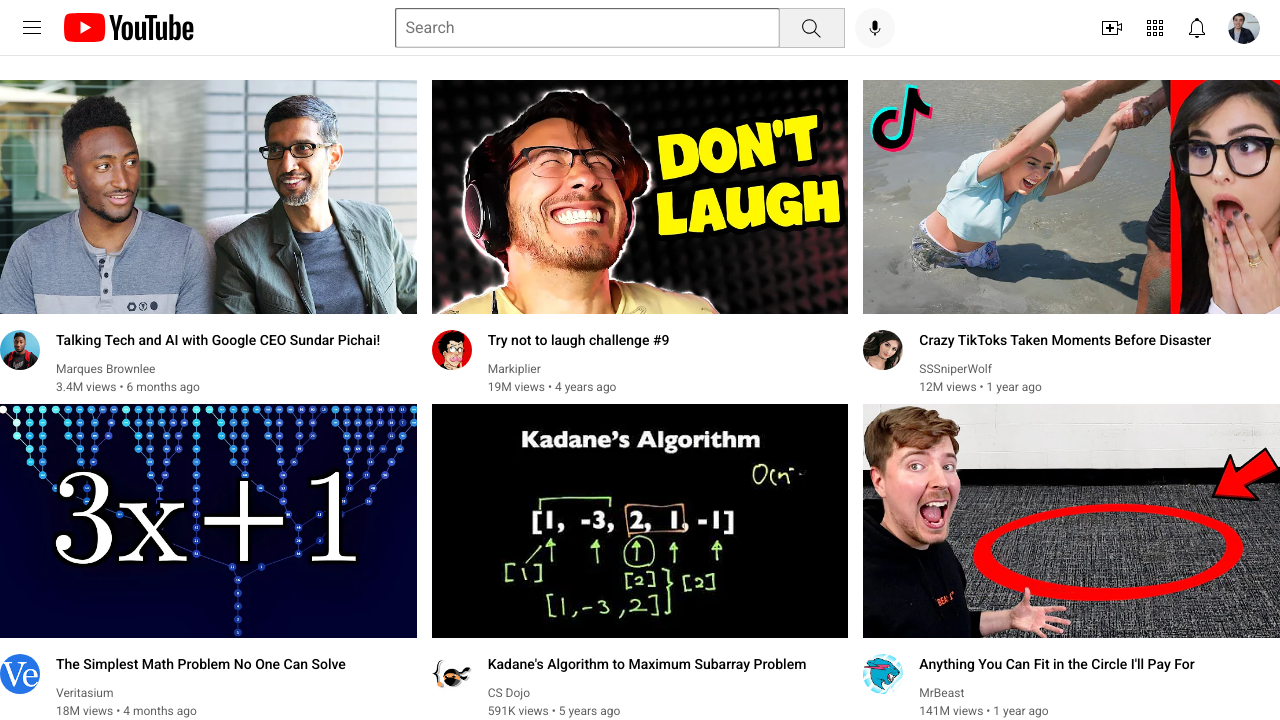
Repository: idahcarts-ux/html-css
Page: youtube.html
An editor plug-in stored every save of this project. The page is shown before and after the next save, followed by the edit.
The browser window is 1280 px wide. The pictures show the whole page.

Above is the page before, as saved 2025-11-19 18:52:23.

After the next save:
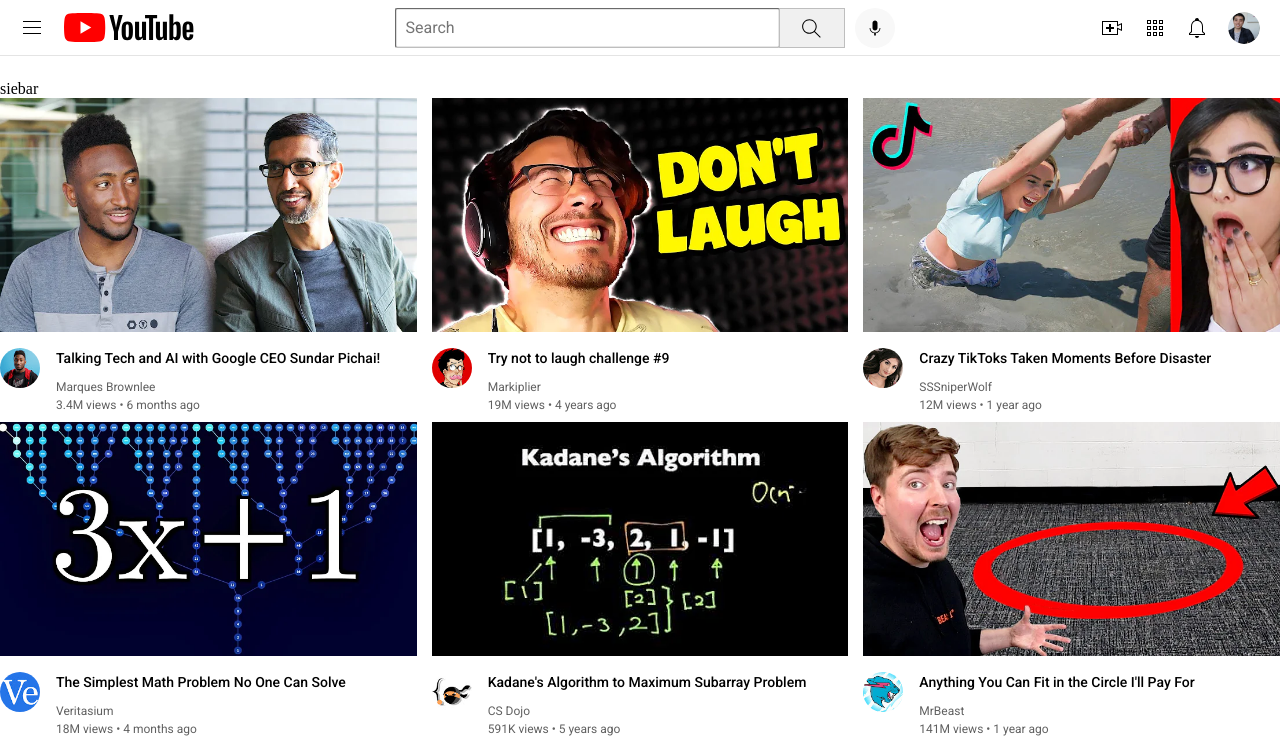
Saved 11 s later.
--- a/youtube.html
+++ b/youtube.html
@@ -52,7 +52,7 @@
   </div>
 
    <div class="sidebar">
-
+siebar
    </div>
 
 
